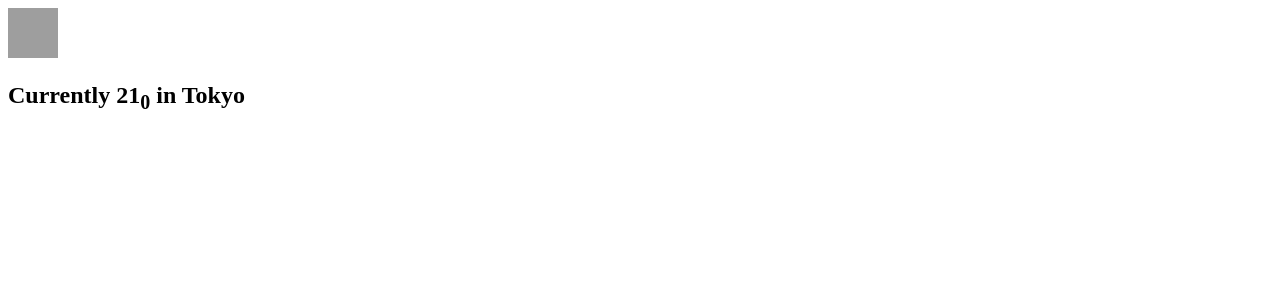
Repository: VickyJacob23/SheCode
Page: firstCode/weatherAppHomeWork.html
The author's editor kept a copy of each file at every save. The page is drawn from the files as they stood at one save, then again after the next save.
The browser window is 1280 px wide. The pictures show the whole page.
Pictures or frames that could not be fetched are drawn as grey boxes.

Above is the page before, as saved 2024-08-26 22:58:56.

After the next save:
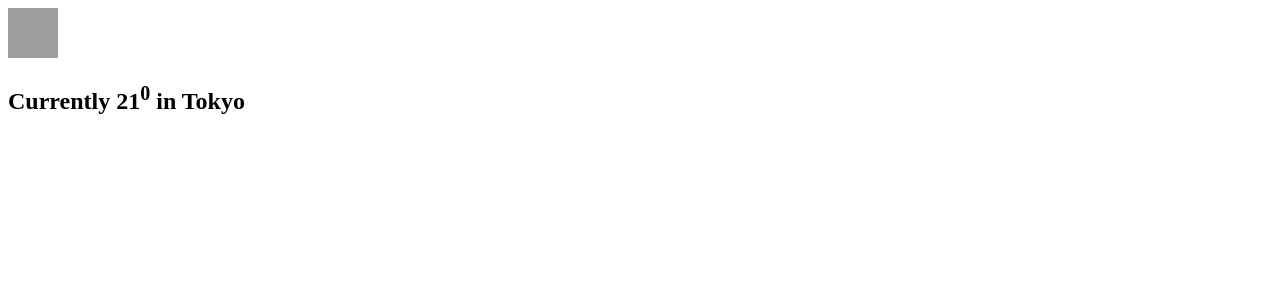
Saved 5 min 52 s later.
--- a/firstCode/weatherAppHomeWork.html
+++ b/firstCode/weatherAppHomeWork.html
@@ -9,7 +9,7 @@
     <div class="container">
         <section class="title">
             <img src="/9004726_cloud_weather_storage_forecast_icon.svg" alt="forecast" width="50" height="50">
-            <h1>Currently 21<sub>0</sub> in Tokyo</h1>
+            <h1>Currently 21<sup>0</sup> in Tokyo</h1>
         </section>
     </div>
 </body>
